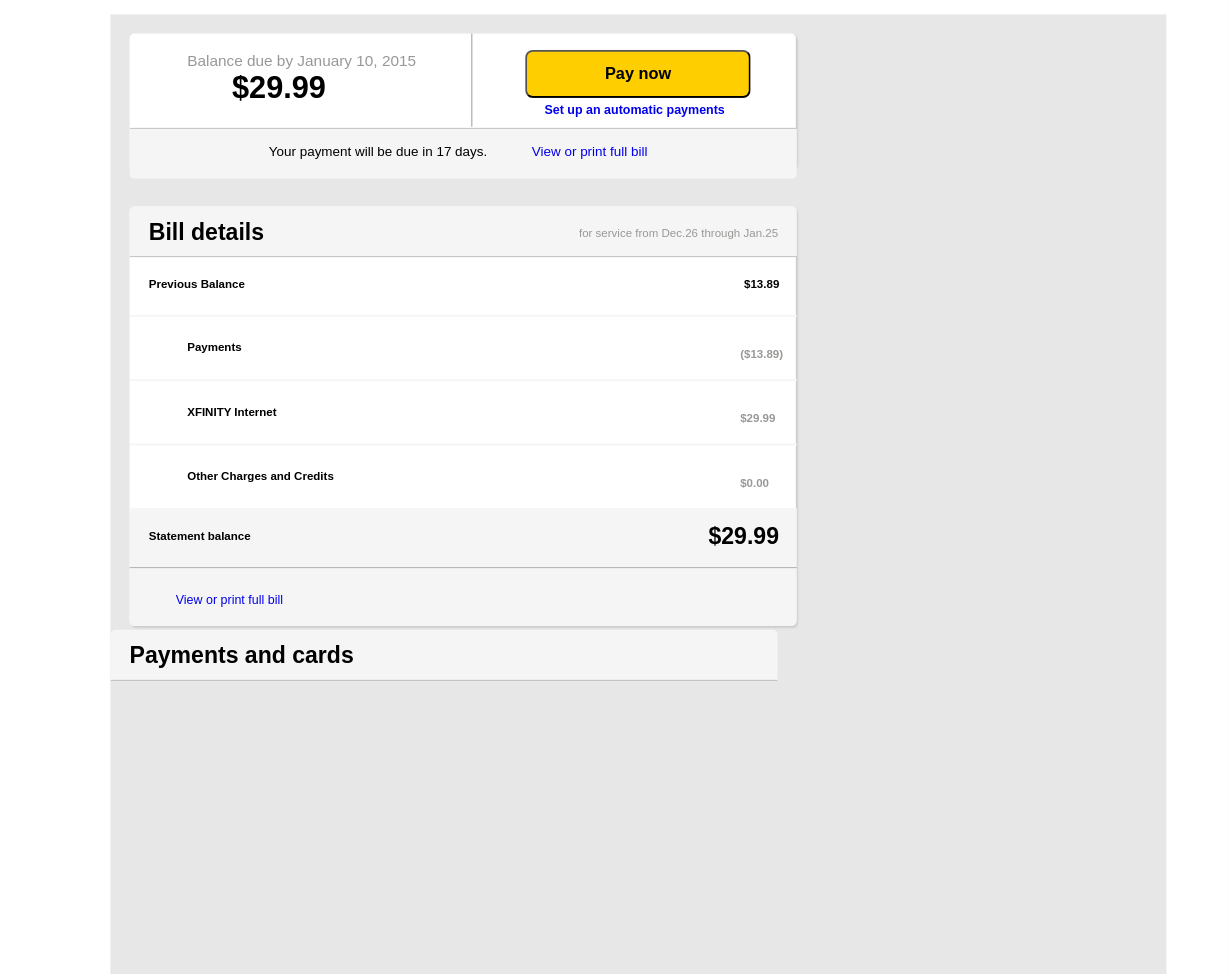
Repository: Sakivaday/UI-TSQ
Page: Aptana Studio 3 Workspace/tsq/assignment3/comcast2.html
An editor plug-in stored every save of this project. The page is shown before and after the next save, followed by the edit.
The browser window is 1280 px wide. The pictures show the whole page, at 96% of full size.
Pictures or frames that could not be fetched are drawn as grey boxes.

Above is the page before, as saved 2015-01-21 23:58:11.

### Aptana Studio 3 Workspace/tsq/assignment3/comcast2.html
<!DOCTYPE html>
<html lang="en">
	<head>


		<title>comcast2</title>
		<link href="comcst2.css" rel="stylesheet" type="text/css" media="all"/>
	</head>

	<body>
		<div class="bigbox">
			<div class="topleft1">

				<div class="cash">
					<p>Balance due by January 10, 2015</p>
					<h1>$29.99</h1>
				</div>
				<div class="pay">
					<button>Pay now</button>
					<a href="#">Set up an automatic payments</a>
				</div>
				<div class="days">
					<ul><li>
					<p>Your payment will be due in 17 days.
					<a href="#">View or print full bill</a></p>
				</li></ul>
				</div>
				</div>

			<div class="topleft2">
				<div class="billdetails">
					<h2>Bill details</h2>
					<div class="questionmark"></div>
					<p>for service from Dec.26 through Jan.25</p>
				</div>
			<div class="previousbalance">
				<p id="pb">Previous Balance</p>
				<p id="cc">$13.89</p>
			</div>
			<div class="rectbox1">
				<ul>
					<li>
						<div class="arrow"><p class="lft">Payments</p>
						</div>
						<p class="bill">($13.89)</p>
					</li></ul></div>

			<div class="rectbox1">	<ul>    <li>
						<div class="arrow"><p class="lft">XFINITY Internet</p>
						</div>
						<p class="bill">$29.99</p>
			</li></ul></div>
			<div class="rectbox1"><ul>		<li>
						<div class="arrow"><p class="lft">Other Charges and Credits</p>
						</div>
						<p class="bill">$0.00</p>
			</li></ul></div>
		<div class="statement">
					<p id="sb">Statement balance</p>
					<h2 id="p">$29.99</h2>
				</div>
				<div class="lst">
				<div class="pd">
					<a href="#">View or print full bill</a>
				</div></div>
			</div>
		<div class="payments">
					<h2>Payments and cards</h2>
					<div class="questionmark"></div>
				</div>











		</div>



	</body>
</html>

### Aptana Studio 3 Workspace/tsq/assignment3/comcst2.css
*{
	padding:0px;
	margin:0px;
	font-family: "Arial";
	text-decoration: none;
	list-style: none;
}
.bigbox {
	width:1100px;
	height: 1000px;
	margin-left:115px;
	margin-top: 15px;
	background-color: #e7e7e7;
}
.topleft1{
	width: 694px;
	height: 140px;
	background-color: white;
	box-shadow: 2px 2px 2px #cacaca;
	border-radius: 5px;
	margin-left: 20px;
	margin-top: 20px;
	display: inline-block;
}
.cash{
	float:left;
	margin-left: 30px;
	margin-top:20px;
	width: 47%;
}
.cash p{
	color: #989896;
	margin-left: 30px;
}
.cash h1{
	text-align: center;
	margin-left: -75px;
}
button{
	background-color: #fece00;
	width: 235px;
	height: 50px;
	border-radius: 8px;
	font-weight: bold;
	font-size: 17px;
	float:left;
	margin-left: 55px;
	margin-top: 17px;
}
.pay a{
	font-size: 13px;
	font-weight:600;
	margin-left: 75px;
	padding-top: 5px;
	padding-bottom: 10px;
	display: inline-block;
}
.pay{
	width: 47%;
	float:left;
	border-left: 1px solid #989896;
}
.days{
	background-color: #F5F5F5;
	border-top: 1px solid #989896;
	height: 52px;
	width: 695px;
	margin-top: 98px;
	border-radius: 0px 0px 5px 5px;
}
.days ul li p{
	margin-left: 145px;
	margin-top: 16px;
	font-size: 14px;
}
.days ul li a{
	font-size:14px;
	margin-left: 274px;
    display:inherit;
    margin-top: -17px;
}
.pdf{
	margin-left: 500px;
	margin-top: 16px;
	font-size: 14px;
}
.topleft2{
	width: 694px;
	background-color: white;
	box-shadow: 2px 2px 2px #cacaca;
	border-radius: 5px;
	margin-left: 20px;
	margin-top: 40px;
	display: inline-block;
}
.billdetails{
    background-color: #F5F5F5;
	border-bottom: 1px solid #989896;
	height: 52px;
	width: 695px;
	border-radius: 5px 5px 0px 0px;
}
.billdetails h2{
	margin-top: 13px;
	margin-left: 20px;
	float: left;
}
.questionmark{
	background: url('pictures/sprite.png') no-repeat;
	width:14px;
	height:14px;
	background-position: -200px -1300px;
	float: left;
	margin-top: 21px;
	margin-left: 10px;
}
.billdetails p{
	margin-top: -14px;
	margin-left: 328px;
	float:left;
	font-size: 12px;
	color: #989896;
}
.previousbalance{
	border-bottom: 2px solid #F5F5F5;
	height: 60px;
	width: 695px;
}
#pb{
	margin-left:20px;
	margin-top: 21px;
	font-weight:600;
	float:left;
	font-size: 12px;
}
#cc{
	margin-left:520px;
	margin-top: 21px;
	font-weight:600;
	float: left;
	font-size: 12px;
}
.arrow{
	background: url('pictures/sprite.png') no-repeat;
	width:23px;
	height:23px;
	background-position: -101px -500px;
	float: left;
	margin-top: 21px;
	margin-left: 20px;
}
.lft{
	float: left;
	margin-top: 4px;
	margin-left: 40px;
	font-weight:600;
	font-size: 12px;
	width: 160px;
}
.bill{
	float: left;
	margin-top: -12px;
	margin-left: 636px;
	font-weight:600;
	font-size: 12px;
	color: #989896;
	display:inline-block;
}
.rectbox1{
	border-bottom: 2px solid #F5F5F5;
	height: 65px;
	width: 695px;
}
.statement{
	border-bottom: 1px solid #989896;
	height: 60px;
	width: 695px;
	background-color: #F5F5F5;
}
#sb{
	margin-left:20px;
	margin-top: 21px;
	font-weight:600;
	float:left;
	font-size: 12px;
}
#p{
	margin-left: 603px;
	margin-top: -21px;
	float: left;
}
.lst{
	height: 60px;
	width: 695px;
	background-color: #F5F5F5;
	border-radius: 0px 0px 5px 5px;
}
.pd{
	background: url('pictures/sprite.png') no-repeat;
	width:22px;
	height:27px;
	background-position: -252px -300px;
	float: left;
	margin-top: 21px;
	margin-left: 10px;
}
.lst .pd a{
	float: left;
	margin-left: 38px;
	margin-top: 4px;
	font-size: 13px;
	width: 140px;
}
.payments{
    background-color: #F5F5F5;
	border-bottom: 1px solid #989896;
	height: 52px;
	width: 695px;
	border-radius: 5px 5px 0px 0px;
}
.payments h2{
	margin-top: 13px;
	margin-left: 20px;
	float: left;
}
.questionmark{
	background: url('pictures/sprite.png') no-repeat;
	width:14px;
	height:14px;
	background-position: -200px -1300px;
	float: left;
	margin-top: 21px;
	margin-left: 10px;
}

After the next save:
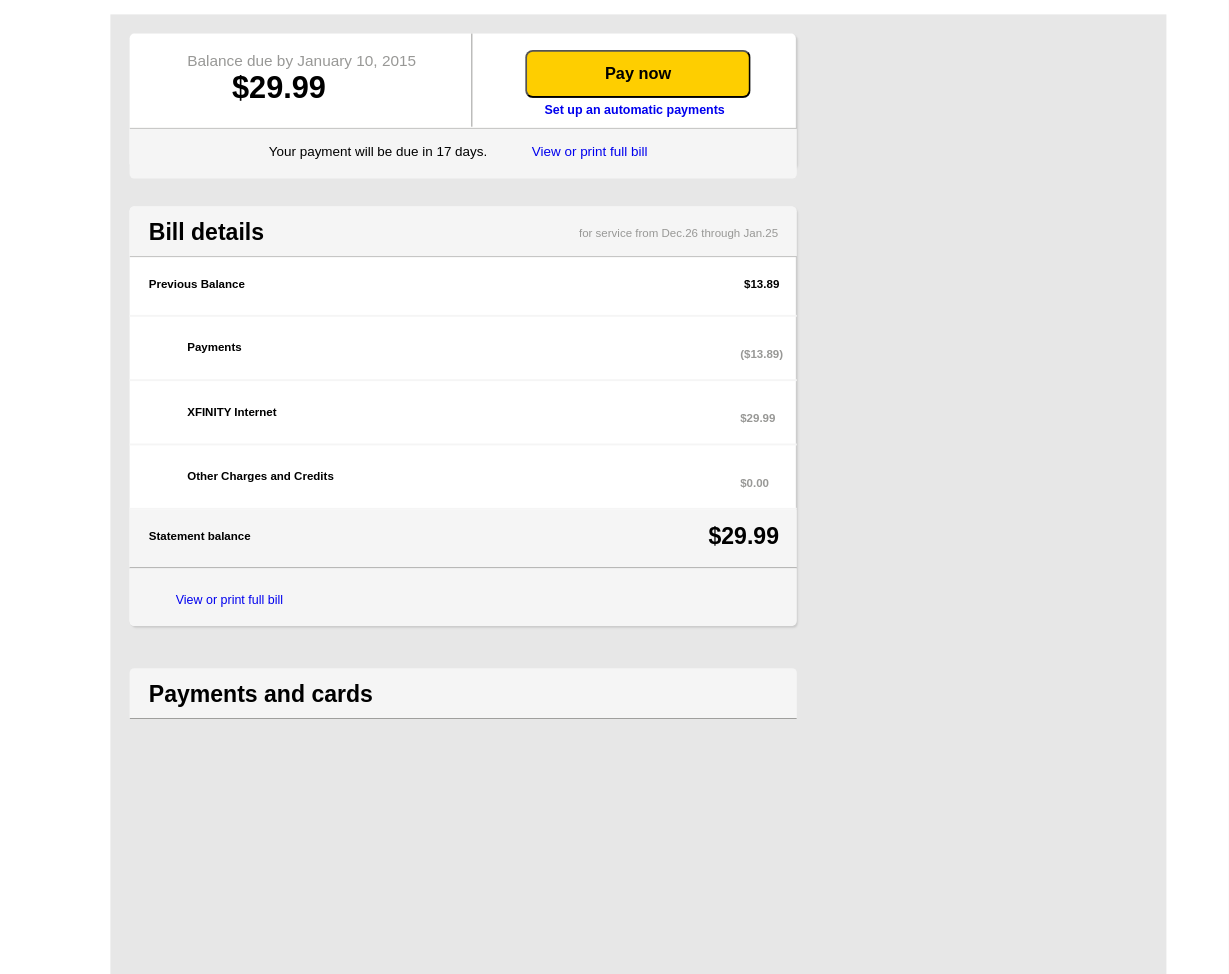
Saved 104 s later.
--- a/Aptana Studio 3 Workspace/tsq/assignment3/comcst2.css
+++ b/Aptana Studio 3 Workspace/tsq/assignment3/comcst2.css
@@ -217,6 +217,8 @@ button{
 	height: 52px;
 	width: 695px;
 	border-radius: 5px 5px 0px 0px;
+	margin-left:20px;
+	margin-top: 40px;
 }
 .payments h2{
 	margin-top: 13px;
